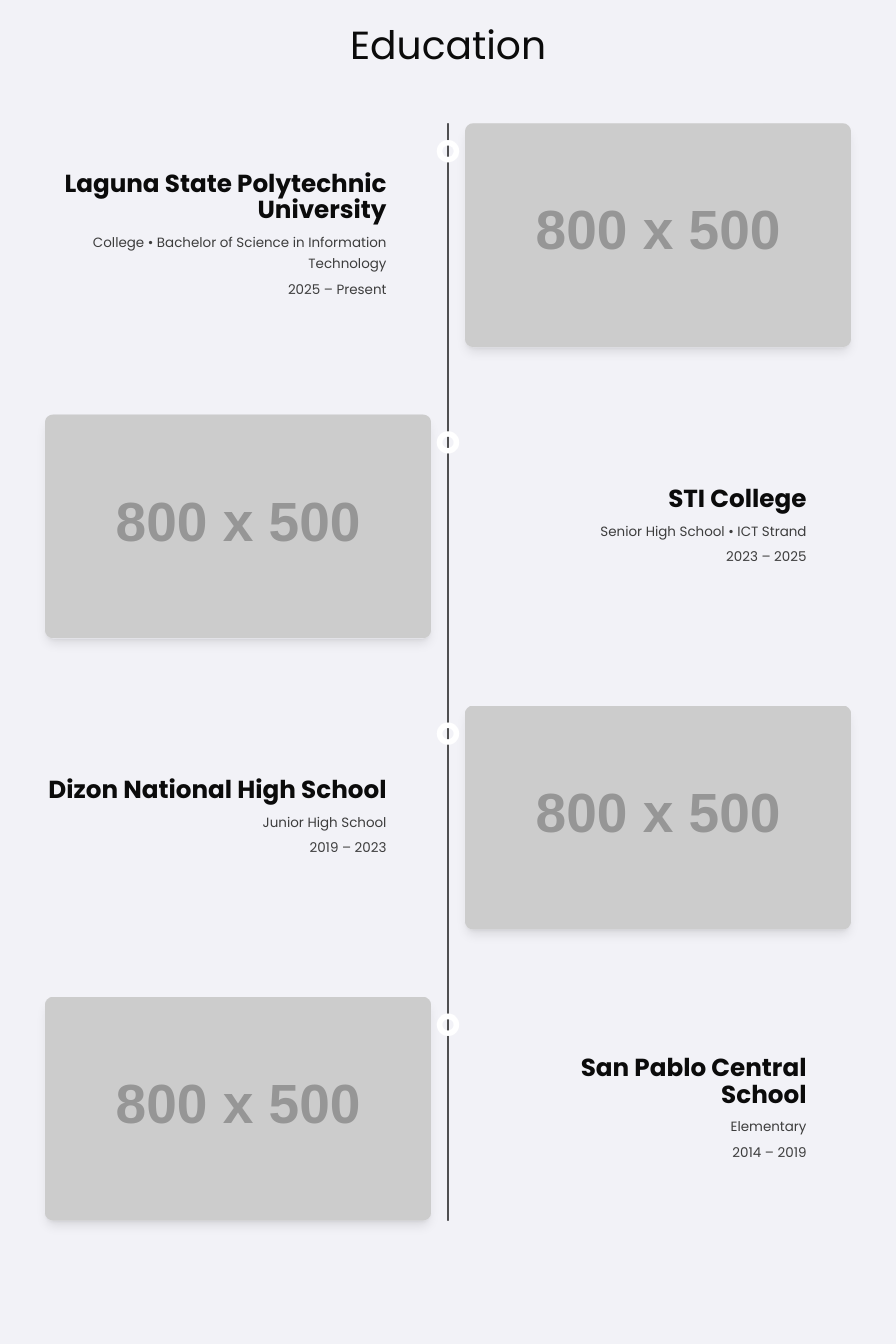
Repository: Latrell26/Portfolio-schoolProject
Page: /
An editor plug-in stored every save of this project. The page is shown before and after the next save, followed by the edit.
The browser window is 1280 px wide. The pictures show the part of the page from y = 1580 to 3500 px (the page is 6276 px tall), at 70% of full size.
The project was rebuilt for these pictures with package versions that can differ from the ones it lists, and the page was loaded fresh each time. Also part of the build but not shown: svelte.config.js, vite.config.js.

Above is the page before, as saved 2026-01-02 22:29:19.

### index.html
<!doctype html>
<html lang="en">
  <head>
    <meta charset="UTF-8" />
    <link rel="icon" type="image/svg+xml" href="/vite.svg" />
    <meta name="viewport" content="width=device-width, initial-scale=1.0" />
    <title>my-portfolio</title>
    <link rel="preconnect" href="https://fonts.googleapis.com">
<link rel="preconnect" href="https://fonts.gstatic.com" crossorigin>
<link href="https://fonts.googleapis.com/css2?family=Poppins:ital,wght@0,100;0,200;0,300;0,400;0,500;0,600;0,700;0,800;0,900;1,100;1,200;1,300;1,400;1,500;1,600;1,700;1,800;1,900&display=swap" rel="stylesheet">
 <link
    rel="stylesheet"
    href="https://cdnjs.cloudflare.com/ajax/libs/font-awesome/6.5.0/css/all.min.css"
  />
  </head>
  <body>
    <div id="app"></div>
    <script type="module" src="/src/main.js"></script>
  </body>
</html>

### src/app.css
@import "tailwindcss";

@theme {
  --color-dark: var(--dark);
  --color-medyolight: var(--medyolight);
  --color-light: var(--light);
}

:root {
  font-family: poppins;
  line-height: 1.5;
  font-weight: 400;
  color-scheme: light dark;
  color: #0B0B0B;
  background-color: #F2F2F7;
  font-synthesis: none;
  text-rendering: optimizeLegibility;
  -webkit-font-smoothing: antialiased;
  -moz-osx-font-smoothing: grayscale;
  --dark: #0B0B0B;
  --light: #F2F2F7;
  --medyolight: #3D3D3D;
  --light_bg: #F2F2F7;

  --tooltip-bg: var(--dark);
  --tooltip-text: var(--light);
  --tooltip-border: var(--dark);
}

.dark-mode {
  --dark: #0B0B0B;
  --medyolight: #E0E0E0;
  --light: #F2F2F7;
  --light_bg: #0B0B0B;
}

.dark-mode {
  background-color: var(--dark);
  color: var(--light);
  border-top-color: var(--light);
}

html{
  scroll-behavior: smooth;
  transition: color 0.3s ease;

}

h1 {
  font-size: clamp(4rem, 7vw, 8rem);
  font-weight: 700;
  line-height: 1.1;
}
h2 {
  font-size: clamp(2rem, 6vw, 3.5rem);
  line-height: 1.1;
}
h3 {
  font-size: clamp(2rem, 6vw, 2.2rem);
  line-height: 1.1;
}
h4 {
  font-size: clamp(1rem, 6vw, 2rem);
  line-height: 1.1;
}
h5{
  font-size: clamp(2rem, 3vw, 2.5rem);
}
p{
  font-size: clamp(1rem, 6vw, 1.2rem);
  color: var(--medyolight);
}

span{
  color: var(--light);
}

.border-light {
  border-color: transparent;
}
.border-t-light {
  border-top-color: var(--dark);
}

@keyframes slide {
    from {
      transform: translateX(-100%);
    }
    to {
      transform: translateX(0);
    }
  }

### src/App.svelte
<script>
  import svelteLogo from "./assets/svelte.svg";
  import viteLogo from "/vite.svg";
  import NavBar from "./lib/navBar.svelte";
  import Footer from "./lib/footer.svelte";
  import * as img from "./imagedata.js";
  import { projects } from "./lib/arrayObjectsData.js";
  import { education } from "./lib/arrayObjectsData.js";
  import ProjectCard from "./lib/components-cards.svelte";
  import TimelineItem from "./lib/TimeLineItem.svelte";
  const icons = [
    { src: img.csharplogo, name: "C#" },
    { src: img.csslogo, name: "CSS" },
    { src: img.htmllogo, name: "HTML" },
    { src: img.javalogo, name: "Java" },
    { src: img.jslogo, name: "JavaScript" },
    { src: img.pythonlogo, name: "Python" },
    { src: img.sveltelogo, name: "Svelte" },
    { src: img.tailwindlogo, name: "Tailwind CSS" },
    { src: img.figmalogo, name: "Figma" },
    { src: img.supabaselogo, name: "Supabase" },
    { src: img.firebaselogo, name: "Firebase" },
    { src: img.github, name: "GitHub" },
    { src: img.gitlogo, name: "Git" },
  ];
</script>

<main class="max-w-330 mx-auto pt-2 px-4 lg:px-10 duration-300">
  <NavBar />
  <section
    class="h-screen flex flex-col justify-center items-center text-center"
    id="home"
  >
    <div>
      <h1 class="font-bold">Latrell Cruz</h1>
      <p class=" text-lg max-w-2xl">
        Aspiring Front-End Developer and senior high school student focused on
        building clean, responsive websites.
      </p>
    </div>

    <div class="flex flex-row gap-4 mt-4 justify-center items-center">
      <a href="https://www.facebook.com/share/1Da6x7yam2/">
        <i class="fa-brands fa-facebook text-[2.7rem] hover:text-[#1877F2] duration-300"></i>
      </a>
      <a href="https://www.linkedin.com/in/latrell-cruz-a11975387/">
        <i class="fa-brands fa-linkedin text-[2.8rem] hover:text-[#0A66C2] duration-300"></i>
      </a>
      <a href="https://github.com/Latrell26">
        <i class="fa-brands fa-github text-[2.8rem] duration-300"></i>
      </a>
    </div>
  </section>

  <section class="mb-35 pt-10" id="about">
    <div class="flex flex-wrap justify-between items-center">
      <div class="flex flex-col">
        <h2 class="mb-6">About me</h2>
        <div class="max-w-[50rem] leading-10 flex-1 text-justify">
          <p>
            Hey there! I'm Latrell Cruz from Brgy. San Nicolas, San Pablo City.
            I love making digital experiences that are easy to use and fun to
            interact with.
          </p>
          <p class="mt-4">
            I’m currently a 1st year student at LSPU San Pablo Campus, studying
            Information Technology. I’ve always been interested in technology
            and design, which made me focus on front-end development and UI/UX.
            I enjoy mixing creativity with coding to build websites and apps
            that people like and find useful.
          </p>
          <p class="mt-4">
            I am also part of OCTA, an organization in LSPU, where I belong to
            the Software Engineering as part of the Front-End team.
            Being part of OCTA helps me gain real experience, work with other
            developers, and improve my skills even more.
          </p>
        </div>
      </div>
      <img src={img.me} alt="me" class="hidden xl:block w-auto h-auto" />
    </div>
  </section>
  <section id="education" class="py-20 px-6">
  <div class="max-w-6xl mx-auto">
    <h2 class="text-center mb-20">Education</h2>

    <div class="relative">
      <div class="absolute left-1/2 transform -translate-x-1/2 w-0.5 bg-dark h-full hidden lg:block"></div>

      <div class="space-y-0">
        {#each education as edu, i}
          <TimelineItem
            school={edu.school}
            level={edu.level}
            year={edu.year}
            imageSrc={edu.imageSrc}
            imageAlt={edu.imageAlt}
            isLeft={i % 2 === 0}
          />
        {/each}
      </div>
    </div>
  </div>
</section>
  <section class="mb-5">
    <h3 class="flex justify-center items-center">Tech I Use</h3>
    <div class="relative overflow-hidden py-4 pt-12">
      <div
        class="pointer-events-none absolute inset-0 z-10
          bg-[linear-gradient(to_right,var(--light_bg)_0%,transparent_20%,transparent_80%,var(--light_bg)_100%)]
          "
      ></div>

      <div class="flex animate-[slide_26s_linear_infinite] gap-8 md:gap-16">
  <div class="flex gap-8 md:gap-16 flex-none">
    {#each icons as icon}
      <div class="relative group">
        <img
          src={icon.src}
          alt={icon.name}
          class="flex-none
                 h-12 w-12 sm:h-16 sm:w-16 md:h-24 md:w-24
                 transition-transform duration-300 ease-out
                 group-hover:scale-110 group-hover:-translate-y-2
                 cursor-pointer"
        />

        <span
          class="tooltip absolute bottom-full left-1/2 -translate-x-1/2 mb-3
                 px-3 sm:px-4 py-1 sm:py-2 text-xs sm:text-sm font-medium
                 rounded-lg opacity-0 group-hover:opacity-100
                 pointer-events-none whitespace-nowrap
                 transition-opacity duration-300 ease-out shadow-lg"
        >
          {icon.name}
          <span
            class="absolute top-full left-1/2 -translate-x-1/2
                   border-4 sm:border-8 border-light border-t-light"
          ></span>
        </span>
      </div>
    {/each}
  </div>

  <div class="flex gap-8 md:gap-16 flex-none">
    {#each icons as icon}
      <div class="relative group">
        <img
          src={icon.src}
          alt={icon.name}
          class="flex-none
                 h-12 w-12 sm:h-16 sm:w-16 md:h-24 md:w-24
                 transition-transform duration-300 ease-out
                 group-hover:scale-110 group-hover:-translate-y-2
                 cursor-pointer"
        />

        <span
          class="tooltip absolute bottom-full left-1/2 -translate-x-1/2 mb-3
                 px-3 sm:px-4 py-1 sm:py-2 text-xs sm:text-sm font-medium
                 rounded-lg opacity-0 group-hover:opacity-100
                 pointer-events-none whitespace-nowrap
                 transition-opacity duration-300 ease-out shadow-lg"
        >
          {icon.name}
          <span
            class="absolute top-full left-1/2 -translate-x-1/2
                   border-4 sm:border-8 border-light border-t-light"
          ></span>
        </span>
      </div>
    {/each}
  </div>
</div>

      </div>
  </section>

  <section class="mb-70 pt-20" id="projects">
    <h2 class="text-center mb-8">What I Build</h2>
    <div class="flex flex-wrap justify-center">
      <div class="grid grid-cols-1 lg:grid-cols-2 gap-16">
        {#each projects as project}
          <ProjectCard
            image={project.image}
            title={project.title}
            text={project.text}
            logo={project.logo || []}
            url={project.url}
          />
        {/each}
      </div>
    </div>
  </section>
  <section id="contact" class="pt-20">
    <Footer />
  </section>
</main>

<style>
  .tooltip {
    background-color: #0b0b0b;
    color: #f2f2f7;
    border-color: #0b0b0b;
  }

  .tooltip span {
    border-top-color: #0b0b0b;
  }

  :global(.dark-mode) .tooltip {
    background-color: #f2f2f7;
    color: #0b0b0b;
    border-color: #f2f2f7;
  }

  :global(.dark-mode) .tooltip span {
    border-top-color: #f2f2f7;
  }
</style>

### src/lib/navBar.svelte
<script>
  import { onMount } from "svelte";

  let isDark = false;
  let currentIcon;
  let menuOpen = false;
  let scrolled = false;
  let activeSection = "home";

  let prevScrollY = 0;
  let navbarVisible = true;
  let forceHide = false;

  const sunIcon = `
    <svg xmlns="http://www.w3.org/2000/svg" viewBox="0 0 24 24"
         fill="none" stroke="currentColor" class="w-4 h-4">
      <path stroke-linecap="round" stroke-linejoin="round" stroke-width="2"
            d="M12 3v1m0 16v1m9-9h-1M4 12H3
               m15.364 6.364l-.707-.707
               M6.343 6.343l-.707-.707
               m12.728 0l-.707.707
               M6.343 17.657l-.707.707
               M16 12a4 4 0 11-8 0 4 4 0 018 0z"/>
    </svg>
  `;

  const moonIcon = `
    <svg xmlns="http://www.w3.org/2000/svg" viewBox="0 0 24 24"
         fill="none" stroke="currentColor" class="w-4 h-4">
      <path stroke-linecap="round" stroke-linejoin="round" stroke-width="2"
            d="M20.354 15.354A9 9 0 018.646 3.646
               9.003 9.003 0 0012 21
               a9.003 9.003 0 008.354-5.646z"/>
    </svg>
  `;

  function applyDarkMode(value) {
    document.documentElement.classList.toggle("dark-mode", value);
    localStorage.setItem("darkMode", value);
    currentIcon = value ? moonIcon : sunIcon;
  }

  function toggleDarkMode() {
    isDark = !isDark;
    applyDarkMode(isDark);
  }

  function hideNavbarAfterClick() {
    forceHide = true;
    navbarVisible = false;
    setTimeout(() => forceHide = false, 1200);
  }

  onMount(() => {
    const saved = localStorage.getItem("darkMode");
    isDark = saved !== null
      ? saved === "true"
      : window.matchMedia("(prefers-color-scheme: dark)").matches;
    applyDarkMode(isDark);

    const handleScroll = () => {
      if (forceHide) return;

      const currentScrollY = window.scrollY;
      scrolled = currentScrollY > 50;

      if (currentScrollY > prevScrollY && currentScrollY > 100) {
        navbarVisible = false;
      } else if (currentScrollY < prevScrollY) {
        navbarVisible = true;
      }

      if (currentScrollY <= 10) navbarVisible = true;
      prevScrollY = currentScrollY;
    };

    window.addEventListener("scroll", handleScroll);

    const sections = document.querySelectorAll("section[id]");
    const observer = new IntersectionObserver(
      entries => {
        entries.forEach(entry => {
          if (entry.isIntersecting) activeSection = entry.target.id;
        });
      },
      { threshold: 0.5 }
    );
    sections.forEach(sec => observer.observe(sec));

    return () => {
      window.removeEventListener("scroll", handleScroll);
      observer.disconnect();
    };
  });
</script>

<nav
  class={`fixed top-0 left-0 right-0 z-50 py-2 transition-all duration-300 ease-out
  bg-transparent ${scrolled ? "bg-white/10 border-b border-white/20 backdrop-blur-xl shadow-md" : "border-b border-transparent"}
  ${navbarVisible ? "translate-y-0" : "-translate-y-full"}`}
>
  <div class="flex justify-between items-center max-w-7xl mx-auto px-4">
    <h5 class="font-semibold">LC</h5>

    <ul class="hidden md:flex gap-12 text-lg">
      {#each ["home","about","education","projects","contact"] as item}
        <li class="hover:underline underline-offset-4">
          <a href={`#${item}`} on:click={hideNavbarAfterClick}
             class={activeSection === item ? "underline" : ""}>
            {item[0].toUpperCase() + item.slice(1)}
          </a>
        </li>
      {/each}
    </ul>

    <button class="md:hidden text-2xl" on:click={() => menuOpen = true}>☰</button>

    <button
      on:click={toggleDarkMode}
      class="hidden md:flex relative w-14 h-7 rounded-full bg-white shadow-md flex items-center cursor-pointer"
    >
      <div class="w-7 h-7 rounded-full transition-all duration-300 flex items-center justify-center text-white
                  {isDark ? 'bg-dark translate-x-7' : 'bg-yellow-500 translate-x-0'}">
        {@html currentIcon}
      </div>
    </button>
  </div>
</nav>

<div
  class={`fixed top-0 right-0 h-full w-64 bg-black/80 backdrop-blur-xl text-white p-6 z-40
    transition-transform duration-300 ${menuOpen ? "translate-x-0" : "translate-x-full"}`}
>
  <button class="text-3xl mb-6" on:click={() => menuOpen = false}>✕</button>

  <button
    on:click={toggleDarkMode}
    class="relative w-14 h-7 rounded-full bg-white shadow-md flex items-center cursor-pointer mb-6"
  >
    <div class="w-7 h-7 rounded-full transition-all duration-300 flex items-center justify-center text-white
                {isDark ? 'bg-dark translate-x-7' : 'bg-yellow-500 translate-x-0'}">
      {@html currentIcon}
    </div>
  </button>

  <ul class="flex flex-col gap-6 text-xl">
    {#each ["home","about","education","projects","contact"] as item}
      <li>
        <a href={`#${item}`} on:click={() => { menuOpen = false; hideNavbarAfterClick(); }}
           class={activeSection === item ? "underline" : ""}>
          {item[0].toUpperCase() + item.slice(1)}
        </a>
      </li>
    {/each}
  </ul>
</div>

<style>
  .dark-mode {
    --dark: #0B0B0B;
    --light: #F2F2F7;
    background-color: var(--dark);
    color: var(--light);
  }
</style>

### src/lib/footer.svelte
    <script>
    import * as img from "../imagedata.js";
    </script>

    <footer class="" >
    <div class="max-w-7xl mx-auto">

        <div class="max-w-2xl">

        <h2 class="">Let's work together</h2>

        <form class="mt-10 space-y-8">
            <div>
            <p class="">Name</p>
            <input
                type="text"
                required
                placeholder="Yourname"
                class="w-full px-0 py-2 bg-transparent border-b-2
                    focus:outline-none
                    placeholder-medyolight"
            />
            </div>

            <div>
            <p class="">Email</p>
            <input
                type="email"
                required
                placeholder="your.email@example.com"
                class="w-full px-0 py-2 bg-transparent border-b-2
                    focus:outline-none
                    placeholder-medyolight"
            />
            </div>
            <div>
            <p class="">Message</p>
            <textarea
                required
                rows="3"
                placeholder="Say hello..."
                class="w-full px-0 py-2 bg-transparent border-b-2
                    focus:outline-none
                    resize-none placeholder-medyolight"
            ></textarea>
            </div>

            <button
            type="submit"
            class="px-8 py-4 bg-dark rounded-lg text-light cursor-pointer hover:bg-light border-1  hover:text-dark duration-400 ease-out"
            >
            Send message
            </button>
        </form>

        <div class="flex flex-row items-center gap-4 mt-16">
            <a
            href="https://www.facebook.com/share/1Da6x7yam2/"
            >
            <i class="fa-brands fa-facebook text-[2.2rem] hover:text-[#1877F2] duration-300"></i>

            </a>
            <a
            href="https://www.linkedin.com/in/latrell-cruz-a11975387/"
            >
            <i class="fa-brands fa-linkedin text-[2.3rem] hover:text-[#0A66C2] duration-300"></i>

            </a>
            <a
            href="https://github.com/Latrell26"
            >
            <i class="fa-brands fa-github text-[2.3rem] duration-300"></i>
            </a>
        </div>


        <div class="mt-16 mb-8">
            <h6 class="text-sm text-medyolight">© 2025 Latrell Cruz. All rights reserved.</h6>
        </div>

        </div>
    </div>
    </footer>

### src/imagedata.js
import facebook from "./assets/imgs/facebook.svg";
import github from "./assets/imgs/github.svg";
import linkedin from "./assets/imgs/linkedin.svg";
import me from "./assets/imgs/me.png";
import csharplogo from "./assets/imgs/csharplogo.png";
import csslogo from "./assets/imgs/csslogo.png";
import htmllogo from "./assets/imgs/htmllogo.png";
import javalogo from "./assets/imgs/javalogo.png";
import jslogo from "./assets/imgs/jslogo.png";
import pythonlogo from "./assets/imgs/pythonlogo.png";
import sveltelogo from "./assets/imgs/sveltelogo.png";
import tailwindlogo from "./assets/imgs/tailwindlogo.png";
import figmalogo from "./assets/imgs/figmalogo.png";
import supabaselogo from "./assets/imgs/supabaselogo.png";
import firebaselogo from "./assets/imgs/firebaselogo.png";
import gitlogo from "./assets/imgs/gitlogo.png";
import insideStyle from "./assets/imgs/insideStyle.png";
import raiohDesign from "./assets/imgs/raiohDesign.png";
import antellDesgin from "./assets/imgs/antellDesgin.png";
import antelldesign from "./assets/imgs/antelldesign.svg";
import raiohdesign from "./assets/imgs/raiohdesign.svg";
import insidestyledesign from "./assets/imgs/insidestyledesign.svg";
import facebookdm from "./assets/imgs/facebookdm.svg";
import linkeindm from "./assets/imgs/linkeindm.svg";
import lspu from "./assets/imgs/lspu.png";
import central from "./assets/imgs/central.png";

export{
    facebook,
    github,
    linkedin,
    me,
    csharplogo,
    csslogo,
    htmllogo,
    javalogo,
    jslogo,
    pythonlogo,
    sveltelogo,
    tailwindlogo,
    figmalogo,
    supabaselogo,
    firebaselogo,
    gitlogo,
    insideStyle,
    raiohDesign,
    antellDesgin,
    antelldesign,
    raiohdesign,
    insidestyledesign,
    linkeindm,
    facebookdm,
    lspu,
    central,
}

### src/lib/components-cards.svelte
<script>
    export let image = "";
    export let title = "";
    export let text = "";
    export let logo = [];
    export let url = "#";

    let isDisabled = title === "Soon...";
</script>

<div class="group">
    <a
        href={isDisabled ? "#" : url}
        target="_blank"
        rel="noopener noreferrer"
        class={`block ${isDisabled ? 'pointer-events-none cursor-not-allowed' : ''}`}
    >
        <div class="mb-4 relative rounded-lg overflow-hidden">
            <div>
                <img
                    src={image}
                    alt={title}
                    class={`w-[600px] h-[350px] object-cover transition-transform duration-400 ease-out
                        ${isDisabled ? '' : 'group-hover:scale-104 cursor-pointer'}`}
                />

                <div class={`absolute inset-0
                            ${isDisabled ? 'opacity-0' : 'opacity-0 group-hover:opacity-100'}
                            transition-opacity duration-400 ease-out
                            backdrop-blur-sm
                            bg-white/5
                            flex items-end justify-center pb-8
                            pointer-events-none`}
                >
                    {#if !isDisabled}
                    <div class="bg-white/20 backdrop-blur-lg rounded-xl px-6 py-2 border border-white/30 shadow-xl
                                translate-y-4 group-hover:translate-y-0 transition-transform duration-400 ease-out">
                        <p class=" tracking-wide drop-shadow-lg">
                            <span>View project →</span>

                        </p>
                    </div>
                    {/if}
                </div>
            </div>
        </div>
    </a>

    <div>
        <h3 class="font-semibold mb-2">
            {title}
        </h3>

        <p class="leading-relaxed mb-2 max-w-[37rem] text-justify">
            {text}
        </p>

        <div class="flex gap-2 flex-wrap">
            {#each logo as icon}
                <img
                    src={icon}
                    alt="tech icon"
                    class="w-10 h-10 md:w-12 md:h-12 object-contain"
                />
            {/each}
        </div>
    </div>
</div>

### src/lib/TimeLineItem.svelte
<script>
  export let school = "";
  export let level = "";
  export let year = "";
  export let image = "https://via.placeholder.com/800x500";
  export let imageAlt = "";
  export let isLeft = true;
</script>

<div class="grid grid-cols-1 lg:grid-cols-2 gap-12 items-center relative mb-24">
    <div class={`text-left lg:text-right lg:pr-16 ${isLeft ? "order-2 lg:order-1" : "order-2 lg:order-2 text-right lg:text-left lg:pl-16"}`}>
        <h3 class="text-2xl md:text-3xl font-bold">{school}</h3>
        <p class="mt-3 text-lg">{level}</p>
        <p class="mt-2 ">{year}</p>
    </div>

    <div class={`${isLeft ? "order-1 lg:order-2" : "order-1 lg:order-1"}`}>
        <div class="rounded-xl shadow-lg overflow-hidden">
            <img
                src={image}
                alt={imageAlt}
                class="w-full h-80 object-cover transition-transform duration-500 hover:scale-105"
            />
        </div>
    </div>

    <div class="hidden lg:block absolute left-1/2 transform -translate-x-1/2 w-4 h-4 bg-primary rounded-full ring-8 ring-white dark:ring-gray-900 top-8"></div>
</div>

Loaded but not shown: src/main.js (common file); src/lib/arrayObjectsData.js (59 lines, source omitted)

After the next save:
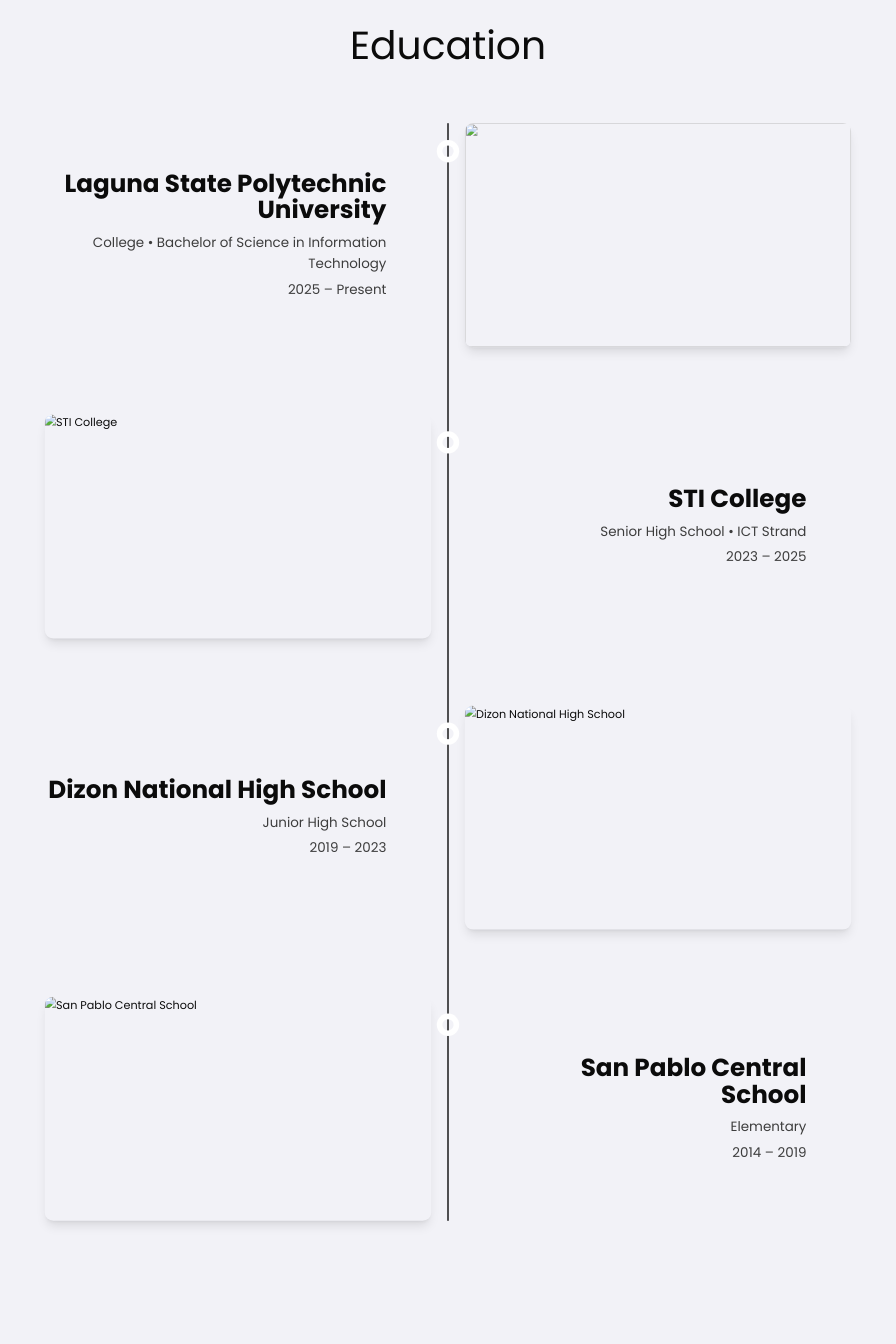
Saved 5 s later.
--- a/src/lib/TimeLineItem.svelte
+++ b/src/lib/TimeLineItem.svelte
@@ -2,7 +2,7 @@
   export let school = "";
   export let level = "";
   export let year = "";
-  export let image = "https://via.placeholder.com/800x500";
+  export let image = "";
   export let imageAlt = "";
   export let isLeft = true;
 </script>
